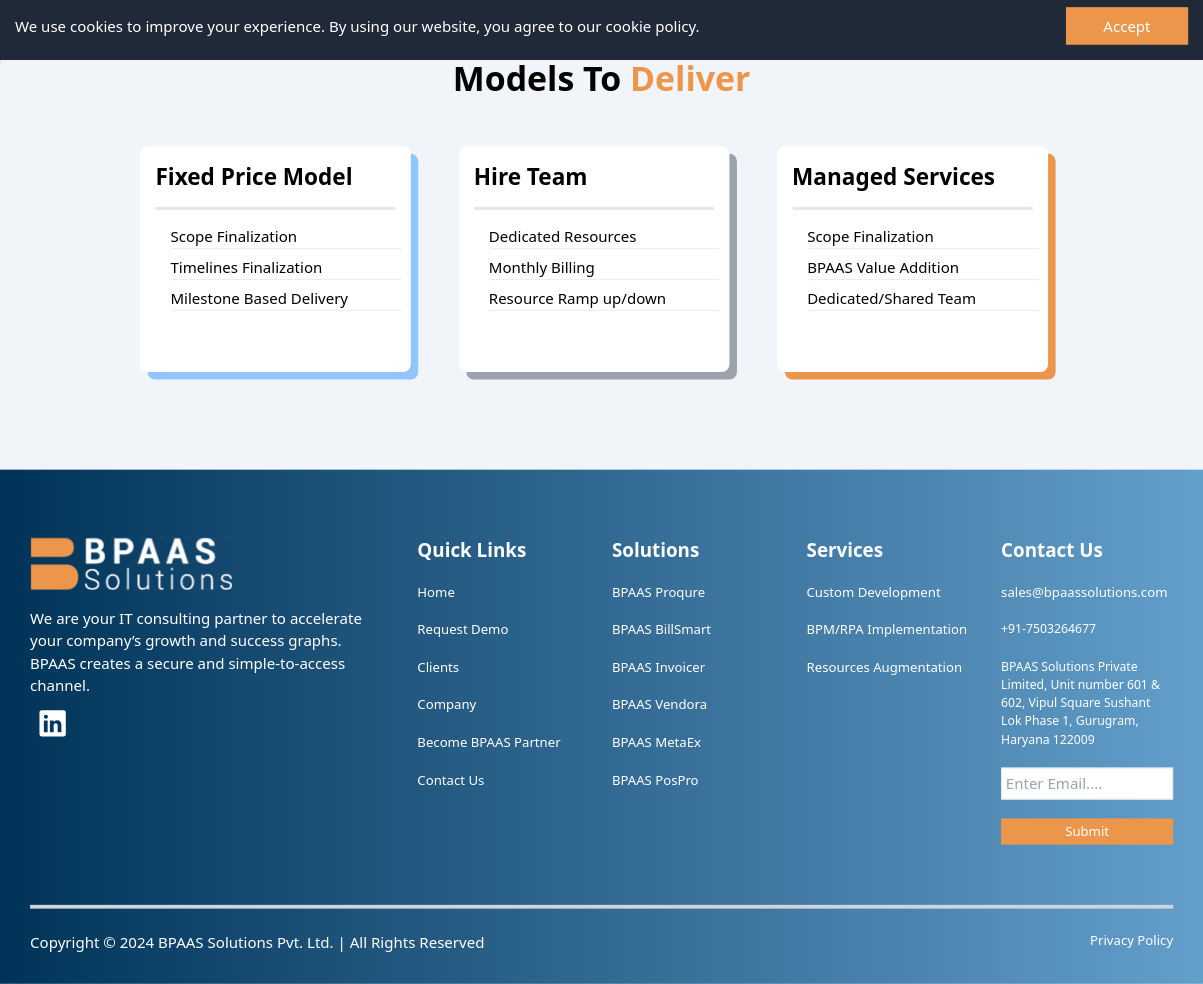
Repository: captainalpha/BP-Website
Page: /services/bp-services
An editor plug-in stored every save of this project. The page is shown before and after the next save, followed by the edit.
The browser window is 1280 px wide. The pictures show the part of the page from y = 656 to 1703 px (the page is 1703 px tall before and 1563 px after), at 94% of full size.
The project was rebuilt for these pictures with package versions that can differ from the ones it lists, and the page was loaded fresh each time. The framework's server and built-in components were replaced by stand-ins that run in the browser. Also part of the build but not shown: next.config.js, components/common/TopBanner.js.

Above is the page before, as saved 2024-08-13 14:58:10.

### pages/_app.js
import Navbar from "../components/common/Navbar";
import "../styles/globals.css";
import Footer from "../components/common/Footer";

import "swiper/css";
import "swiper/css/navigation";
import "swiper/css/pagination";



import { motion, AnimatePresence } from "framer-motion";
import CookiesMain from "../components/common/CookiesMain";

// import styles from './slider.module.scss'
function MyApp({ Component, pageProps, router }) {
  const spring = {
    type: "spring",
    damping: 20,
    stiffness: 100,
    when: "afterChildren",
  };
  return (
    <>
      <div className="z-50 scroll-smooth">
        <Navbar />
      </div>
      <AnimatePresence>
        <div className="page-transition-wrapper">
          <motion.div
            transition={spring}
            key={router.pathname}
            initial={{ y: -300, opacity: 0 }}
            animate={{ y: 0, opacity: 1 }}
            exit={{ y: 300, opacity: 0 }}
            id="page-transition-container"
          >
            <Component {...pageProps} /> <Footer />{" "}
            <CookiesMain/>
          </motion.div>
        </div>
      </AnimatePresence>
    </>
  );
}

export default MyApp;

### pages/services/bp-services.js
import TopBanner from "../../components/common/TopBanner";
import SectionHeader from "../../components/common/SectionHeader";
import TopBanner2 from "../../components/common/TopBanner2";
import Image from "next/image";

function BpServices() {
  return (
    <div>
      <div className="relative">
        <TopBanner2
          image={"/images/policy-service2.jpg"}
          title="Privacy Policy"
          discription="This Privacy Policy explains how we collect, use, disclose, and safeguard your information when you visit our website."
          btnShow={false}
        />
        <div className="absolute top-[1em] right-[10em]">
          <Image
            src="/images/privacypolicy2.png"
            className="w-1/2 mx-auto"
            width="500"
            height="500"
            alt="customer-developement"
          />
        </div>
      </div>


      <div className="bg-slate-100 text-left">
        <SectionHeader title="Models to " cTitle=" Deliver" />
      </div>

      <div className=" bg-slate-100">
        <div className="container mx-auto max-w-5xl">
          <div className="space-y-10 sm:space-y-0 sm:grid sm:grid-cols-2 lg:grid-cols-3 md:gap-10 px-12 pb-12 pt-6 sm:p-6 lg:pb-24 justify-center items-center">
            <div className="relative">
              <div className="bg-blue-300 w-72 h-60 rounded-lg mx-auto">
                <div className="bg-white w-72 h-60 -m-2 hover:m-0 absolute rounded-lg shadow-lg hover:shadow-2xl transition-all duration-150 ease-out hover:ease-in ">
                  <h1 className="m-4 text-lg md:text-2xl font-bold">
                    Fixed Price Model
                  </h1>
                  <hr className="m-4 rounded-2xl border-t-4" />
                  <ul className="list-none hover:list-disc ml-6 px-2">
                    <li className="font-medium">Scope Finalization </li>
                    <hr className="pb-2 rounded-2xl border-t-1" />
                    <li className="font-medium">Timelines Finalization </li>
                    <hr className="pb-2 rounded-2xl border-t-1" />
                    <li className="font-medium">Milestone Based Delivery </li>
                    <hr className="pb-2 rounded-2xl border-t-1" />
                  </ul>
                </div>
              </div>
            </div>

            <div className="relative">
              <div className="bg-gray-400 w-72 h-60 rounded-lg mx-auto">
                <div className="bg-white w-72 h-60 -m-2 hover:m-0 absolute rounded-lg shadow-lg hover:shadow-2xl transition-all duration-150 ease-out hover:ease-in ">
                  <h1 className="m-4 text-lg md:text-2xl font-bold">
                    Hire Team
                  </h1>
                  <hr className="m-4 rounded-2xl border-t-4" />
                  {/* <p className="m-4 text-sm">Lorem Ipsum is slechts een proeftekst uit het drukkerij- en zetterijwezen. Lorem Ipsum is de standaard proeftekst in deze bedrijfstak sinds de 16e eeuw, toen een onbekende drukker een zethaak</p> */}
                  <ul className="list-none hover:list-disc ml-6 px-2">
                    <li className="font-medium">Dedicated Resources </li>
                    <hr className="pb-2 rounded-2xl border-t-1" />
                    <li className="font-medium">Monthly Billing</li>
                    <hr className="pb-2 rounded-2xl border-t-1" />
                    <li className="font-medium">Resource Ramp up/down</li>
                    <hr className="pb-2 rounded-2xl border-t-1" />
                  </ul>
                </div>
              </div>
            </div>

            <div className="relative">
              <div className="bg-orange w-72 h-60 rounded-lg mx-auto">
                <div className="bg-white w-72 h-60 -m-2 hover:m-0 absolute rounded-lg shadow-lg hover:shadow-2xl transition-all duration-150 ease-out hover:ease-in ">
                  <h1 className="m-4 text-lg md:text-2xl font-bold">
                    Managed Services
                  </h1>
                  <hr className="m-4 rounded-2xl border-t-4" />
                  {/* <p className="m-4 text-sm">Lorem Ipsum is slechts een proeftekst uit het drukkerij- en zetterijwezen. Lorem Ipsum is de standaard proeftekst in deze bedrijfstak sinds de 16e eeuw, toen een onbekende drukker een zethaak</p> */}
                  <ul className="list-none hover:list-disc ml-6 px-2">
                    <li className="font-medium">Scope Finalization </li>
                    <hr className="pb-2 rounded-2xl border-t-1" />
                    <li className="font-medium">BPAAS Value Addition</li>
                    <hr className="pb-2 rounded-2xl border-t-1" />
                    <li className="font-medium">Dedicated/Shared Team</li>
                    <hr className="pb-2 rounded-2xl border-t-1" />
                  </ul>
                </div>
              </div>
            </div>
          </div>
        </div>
      </div>
    </div>
  );
}

export default BpServices;

### styles/globals.css
@tailwind base;
@tailwind components;
@tailwind utilities;

.mySwiper {
  padding: 0 3rem;
}
.swiper-button-next {
  color: white;
  font-size: 20px !important;
}
.swiper-button-prev {
  color: white;
  font-size: 20px !important;
}
.swiper-button-prev:after {
  color: white;
  font-size: 20px !important;
}
.swiper-button-next:after {
  color: white;
  font-size: 20px !important;
}
.container-bpaas{
  max-width: 1100px;
}

/* .swiper-button-prev {

  background-image: url("data:[embedded picture, 251 characters]");
} */
.swiper-button-prev:after {

  border: 2px solid white;
  border-radius: 30%;
  /* width: 25%; */
  background: #ec964c;
  padding: 20%;
}
/* .swiper-button-next {
  background-image: url("data:[embedded picture, 251 characters]");
} */
.swiper-button-next:after {

  border: 2px solid white;
  border-radius: 30%;
  /* width: 25%; */
  background: #ec964c;
  padding: 20%;
}

@media only screen and (max-width: 600px) {
  .swiper-button-next:after {
    display: none;
  }
}
@media only screen and (max-width: 600px) {
  .swiper-button-prev:after {
    display: none;
  }
}




/*OEM Modal */
@layer utilities {
  @keyframes modalOpen {
    0% {
      clip-path: polygon(0 0, 0 0, 0 100%, 0 100%);
      opacity: 0;
    }
    100% {
      clip-path: polygon(0 0, 100% 0, 100% 100%, 0 100%);
      opacity: 1;
    }
  }

  @keyframes modalClose {
    0% {
      clip-path: polygon(0 0, 100% 0, 100% 100%, 0 100%);
      opacity: 1;
    }
    100% {
      clip-path: polygon(50% 0, 50% 0, 50% 100%, 50% 100%);
      opacity: 0;
    }
  }

  .animate-modalOpen {
    animation: modalOpen 0.5s forwards;
  }

  .animate-modalClose {
    animation: modalClose 0.5s forwards;
  }

  .custom-aspect-ratio {
    box-shadow: rgba(149, 157, 165, 0.2) 0px 8px 24px;
    aspect-ratio: 3 / 2;
  }
}

### components/common/Footer.js
import Image from "next/image";
import Link from "next/link";

export default function Footer() {
  return (
    <footer className=" bg-gradient-to-r from-primary to-secondary text-white p-5 md:p-8">
      <div className="  py-10 ">
        <div className="lg:grid lg:grid-cols-9 gap-5">
          <div className="w-full  lg:col-span-3">
            <div className=" space-y-3">
              <div className="">
                <Image
                  alt=""
                  src={require("../../assets/bpass-logo-white.svg")}
                />
              </div>

              <p className="max-w-sm mt-4 ">
                We are your IT consulting partner to accelerate your company’s
                growth and success graphs. BPAAS creates a secure and
                simple-to-access channel.
              </p>

              <div className="flex mt-4 ">
                <a
                  href="https://www.linkedin.com/company/bpaas-solutions-pvt-ltd/"
                  className="mx-2 "
                  aria-label="Linkden"
                >
                  <svg className="w-8 h-8 fill-current" viewBox="0 0 512 512">
                    <path d="M444.17,32H70.28C49.85,32,32,46.7,32,66.89V441.61C32,461.91,49.85,480,70.28,480H444.06C464.6,480,480,461.79,480,441.61V66.89C480.12,46.7,464.6,32,444.17,32ZM170.87,405.43H106.69V205.88h64.18ZM141,175.54h-.46c-20.54,0-33.84-15.29-33.84-34.43,0-19.49,13.65-34.42,34.65-34.42s33.85,14.82,34.31,34.42C175.65,160.25,162.35,175.54,141,175.54ZM405.43,405.43H341.25V296.32c0-26.14-9.34-44-32.56-44-17.74,0-28.24,12-32.91,23.69-1.75,4.2-2.22,9.92-2.22,15.76V405.43H209.38V205.88h64.18v27.77c9.34-13.3,23.93-32.44,57.88-32.44,42.13,0,74,27.77,74,87.64Z" />
                  </svg>
                </a>

                {/* <a href="/contact-us" className="mx-2 " aria-label="Facebook">
                  <svg className="w-4 h-4 fill-current" viewBox="0 0 512 512">
                    <path d="M455.27,32H56.73A24.74,24.74,0,0,0,32,56.73V455.27A24.74,24.74,0,0,0,56.73,480H256V304H202.45V240H256V189c0-57.86,40.13-89.36,91.82-89.36,24.73,0,51.33,1.86,57.51,2.68v60.43H364.15c-28.12,0-33.48,13.3-33.48,32.9V240h67l-8.75,64H330.67V480h124.6A24.74,24.74,0,0,0,480,455.27V56.73A24.74,24.74,0,0,0,455.27,32Z" />
                  </svg>
                </a>

                <a href="/contact-us" className="mx-2 " aria-label="Twitter">
                  <svg className="w-4 h-4 fill-current" viewBox="0 0 512 512">
                    <path d="M496,109.5a201.8,201.8,0,0,1-56.55,15.3,97.51,97.51,0,0,0,43.33-53.6,197.74,197.74,0,0,1-62.56,23.5A99.14,99.14,0,0,0,348.31,64c-54.42,0-98.46,43.4-98.46,96.9a93.21,93.21,0,0,0,2.54,22.1,280.7,280.7,0,0,1-203-101.3A95.69,95.69,0,0,0,36,130.4C36,164,53.53,193.7,80,211.1A97.5,97.5,0,0,1,35.22,199v1.2c0,47,34,86.1,79,95a100.76,100.76,0,0,1-25.94,3.4,94.38,94.38,0,0,1-18.51-1.8c12.51,38.5,48.92,66.5,92.05,67.3A199.59,199.59,0,0,1,39.5,405.6,203,203,0,0,1,16,404.2,278.68,278.68,0,0,0,166.74,448c181.36,0,280.44-147.7,280.44-275.8,0-4.2-.11-8.4-.31-12.5A198.48,198.48,0,0,0,496,109.5Z" />
                  </svg>
                </a> */}
              </div>
            </div>
          </div>

          <div className="mt-6 lg:mt-0 lg:flex-1 lg:col-span-6">
            <div className="grid grid-cols-2 gap-6 sm:grid-cols-3 md:grid-cols-4">
              <div className="space-y-5">
                <h3 className="text-xl font-bold ">Quick Links</h3>
                <Link passHref href="/">
                  <a className="block  text-sm  hover:underline hover:text-orange">
                    Home
                  </a>
                </Link>

                <Link passHref href="/request-demo">
                  <a className="block  text-sm  hover:underline hover:text-orange">
                    Request Demo
                  </a>
                </Link>
                <Link passHref href="/clients">
                  <a className="block  text-sm  hover:underline hover:text-orange">
                    Clients
                  </a>
                </Link>
                <Link passHref href="/about-us">
                  <a className="block  text-sm  hover:underline hover:text-orange">
                    Company
                  </a>
                </Link>
                <Link passHref href="/become-partner">
                  <a className="block  text-sm  hover:underline hover:text-orange">
                    Become BPAAS Partner
                  </a>
                </Link>
                <Link passHref href="/contact-us">
                  <a className="block  text-sm  hover:underline hover:text-orange">
                    Contact Us
                  </a>
                </Link>
              </div>

              <div className="space-y-5">
                <h3 className="text-xl font-bold">Solutions</h3>
                <Link passHref href="/solutions/bpaas-proqure">
                  <a className="block  text-sm  hover:underline hover:text-orange">
                    BPAAS Proqure
                  </a>
                </Link>
                <Link passHref href="/solutions/bpaas-billsmart">
                  <a className="block  text-sm  hover:underline hover:text-orange">
                    BPAAS BillSmart
                  </a>
                </Link>
                <Link passHref href="/solutions/bpaas-invoicer">
                  <a className="block  text-sm  hover:underline hover:text-orange">
                    BPAAS Invoicer
                  </a>
                </Link>
                <Link passHref href="/solutions/bpaas-vendora">
                  <a className="block  text-sm  hover:underline hover:text-orange">
                    BPAAS Vendora
                  </a>
                </Link>
                {/* <Link passHref href="/solutions/bpaas-smartex">
                  <a className="block  text-sm  hover:underline hover:text-orange">
                    BPAAS SmartEx
                  </a>
                </Link> */}
                <a
                  className="block  text-sm  hover:underline hover:text-orange"
                  href="https://metasolve.io/"
                  target="_blank"
                  rel="noreferrer"
                >
                  BPAAS MetaEx
                </a>
                <Link passHref href="/solutions/bpaas-pospro">
                  <a className="block  text-sm  hover:underline hover:text-orange">
                    BPAAS PosPro
                  </a>
                </Link>
              </div>

              <div className="space-y-5">
                <h3 className=" text-xl font-bold  ">Services</h3>

                <Link passHref href="/services/custom-development">
                  <a className="block  text-sm  hover:underline hover:text-orange">
                    Custom Development
                  </a>
                </Link>
                <Link passHref href="/services/bpm-rpa-implementation">
                  <a className="block  text-sm  hover:underline hover:text-orange">
                    BPM/RPA Implementation
                  </a>
                </Link>
                <Link passHref href="/services/resource-augmentation">
                  <a className="block  text-sm  hover:underline hover:text-orange">
                    Resources Augmentation
                  </a>
                </Link>
              </div>

              <div className="space-y-5">
                <h3 className=" text-xl font-bold ">Contact Us</h3>
                {/* <span className="block  text-sm  hover:underline hover:text-orange">
                  abhishek.kumar@bpaassolutions.com
                </span> */}
                <span className="block  text-sm  hover:underline hover:text-orange">
                  sales@bpaassolutions.com
                </span>
                <span className="block  text-[13px]  hover:underline hover:text-orange">
                  +91-7503264677
                </span>
                <span className="block  text-[13px]  hover:underline hover:text-orange">
                  BPAAS Solutions Private Limited, Unit number 601 & 602, Vipul
                  Square Sushant Lok Phase 1, Gurugram, Haryana 122009
                </span>
                <input
                  className="block p-1 outline-none border text-black w-full"
                  placeholder="Enter Email...."
                />
                <button className="text-sm bg-orange px-2 py-1 w-full">
                  Submit
                </button>
              </div>
            </div>
          </div>
        </div>
      </div>
      <hr className="h-1 w-full my-6 bg-gray-300 border-none " />

      <div className="flex justify-between">
        <div>
          <p className="text-center text-white">
            Copyright © 2024 BPAAS Solutions Pvt. Ltd. | All Rights Reserved
          </p>
        </div>
        <div>
          <Link passHref href="/services/bp-services">
            <a className="block  text-sm  hover:underline hover:text-orange">
            Privacy Policy
            </a>
          </Link>
        </div>
      </div>
    </footer>
  );
}

### components/common/CookiesMain.js
import { useState, useEffect } from 'react';
import Cookies from 'js-cookie';


const CookiesMain = () => {
    const [showBanner, setShowBanner] = useState(false);

  useEffect(() => {
    const consent = Cookies.get('cookie-consent');
    if (!consent) {
      setShowBanner(true);
    }
  }, []);

  const acceptCookies = () => {
    Cookies.set('cookie-consent', 'true', { expires: 365 });
    setShowBanner(false);
  };

  if (!showBanner) return null;
  return (
    <>

    <div className="fixed bottom-0 left-0 right-0 bg-gray-800 text-white p-4 flex justify-between items-center z-50">
      <span>We use cookies to improve your experience. By using our website, you agree to our cookie policy.</span>
      <button
        onClick={acceptCookies}
        className="bg-orange text-white px-4 md:px-10 py-2"
      >
        Accept
      </button>
    </div>

    </>
  )
}
export default CookiesMain

### components/common/SectionHeader.js
function SectionHeader({ title, discription, cTitle }) {
  return (
    <div className="pt-16 pb-0 px-5  md:px-10    flex flex-col justify-center items-center text-center space-y-3">
      <h1 className="lg:text-4xl text-2xl capitalize font-bold">
        {title}
        <span className="text-orange">{cTitle}</span>
      </h1>
      <p className="text-lg text-orange font-bold font-serif  md:pb-6 ">
        {discription}
      </p>
    </div>
  );
}

export default SectionHeader;

### components/common/TopBanner2.js
import Link from "next/link";
function TopBanner2({ image, title, discription, onClick,btnShow}) {
  return (
    <div
      style={{ backgroundImage: `url(${image})` }}
      className={`lg:h-[80vh] h-[60vh] mt-20 w-full text-white flex p-10 items-center bg-no-repeat bg-cover `}
    >
      <div className="space-y-4 lg:w-1/2  md:text-left">
        <h1 className="lg:text-5xl text-3xl font-bold capitalize ">{title}</h1>
        <p className="w-full lg:text-xl lg:text-justify tracking-tighter">
          {discription}
        </p>
    {btnShow&&(
        <Link passHref href="/request-demo">
          <button className="px-8 py-2  border-white border-2 hover:bg-orange font-medium text-xl">
            Request Demo
          </button>
        </Link>
    )}
      </div>
    </div>
  );
}

export default TopBanner2;

### tailwind.config.js
module.exports = {
  content: [
    "./pages/**/*.{js,ts,jsx,tsx}",
    "./components/**/*.{js,ts,jsx,tsx}",
  ],
  theme: {
    extend: {
      keyframes: {
        modalOpen: {
          '0%': { transform: 'scale(0)', opacity: 0 },
          '100%': { transform: 'scale(1)', opacity: 1 },
        },
        modalClose: {
          '0%': { transform: 'scale(1)', opacity: 1 },

        },
        fragmentIn: {
          '0%': { opacity: 0, transform: 'translate(-50px, -50px)' },
          '100%': { opacity: 1, transform: 'translate(0, 0)' },
        },
        fragmentOut: {
          '0%': { opacity: 1, transform: 'translate(0, 0)' },
          '100%': { opacity: 0, transform: 'translate(50px, 50px)' },
        },

      },
      animation: {
        modalOpen: 'modalOpen 0.5s ease-out forwards',
        modalClose: 'modalClose 0.5s ease-in forwards',
        fragmentIn: 'fragmentIn 0.5s ease-out forwards',
        fragmentOut: 'fragmentOut 0.5s ease-in forwards',
      },
      backgroundImage: {
        "testimonial-bg": "url('/img/hero-pattern.svg')",
        "testimonial-bgs": "url('/')",
      },
      colors: {
        primary: "#013358",
        secondary: "#639FCB",
        primaryText: "#1D669C",
        orange: "#EC964C",
        glassEffect:
          "linear-gradient(105.47deg, #FFFFFF -13.63%, rgba(255, 255, 255, 0) 108.8%)",
      },
      backgroundSize: {
        "size-200": "200% 200%",
      },
      backgroundPosition: {
        "pos-0": "0% 0%",
        "pos-100": "100% 100%",
      },
    },
    variants: {
      fill: ["hover", "focus"],
    },
    boxShadow: {
      "3xl": "0 35px 60px -15px rgba(0, 0, 0, 0.3)",
    },
  },
  plugins: [],
};

Loaded but not shown: components/common/Navbar.js (726 lines, source omitted)

After the next save:
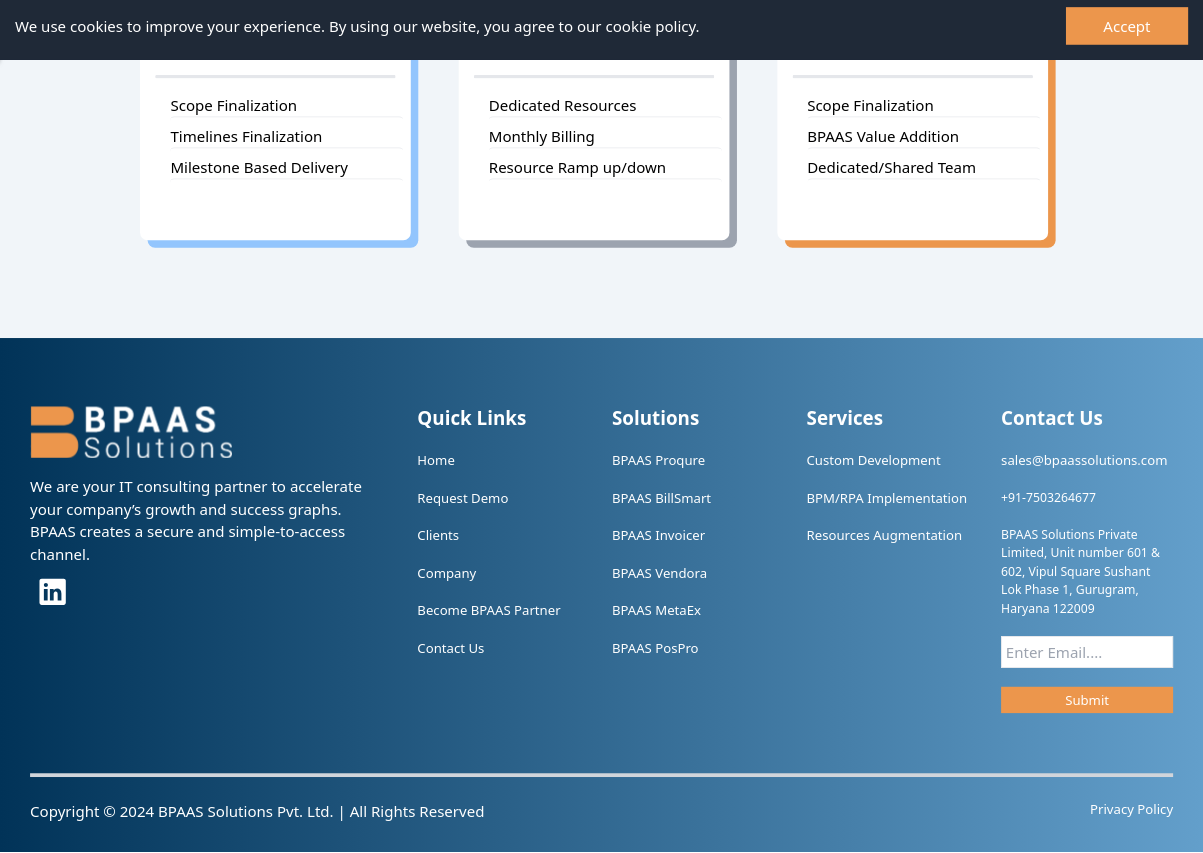
Saved 6 s later.
--- a/pages/services/bp-services.js
+++ b/pages/services/bp-services.js
@@ -25,9 +25,7 @@
       </div>
 
 
-      <div className="bg-slate-100 text-left">
-        <SectionHeader title="Models to " cTitle=" Deliver" />
-      </div>
+
 
       <div className=" bg-slate-100">
         <div className="container mx-auto max-w-5xl">
